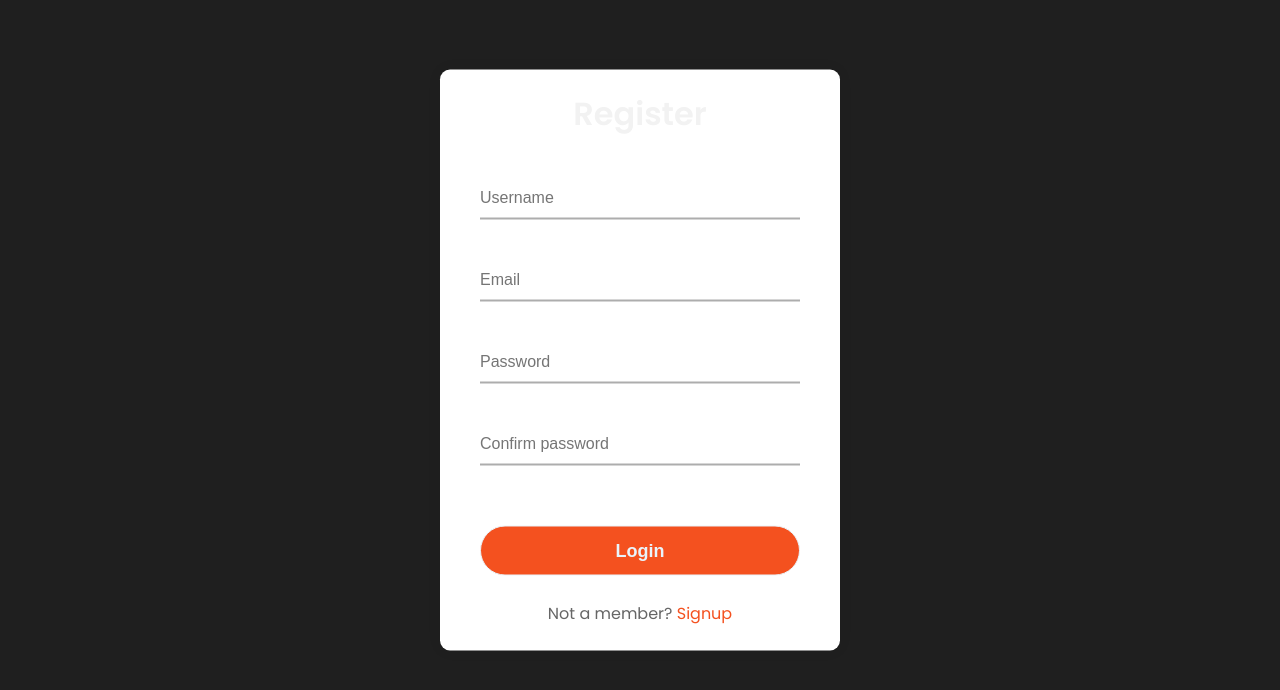
Repository: long5122000/Shopc
Page: register.html
The author's editor kept a copy of each file at every save. The page is drawn from the files as they stood at one save, then again after the next save.
The browser window is 1280 px wide. The pictures show the whole page.
The style sheet was rebuilt from its Sass, Less or Tailwind sources for each picture, by a compiler version that may differ from the author's.

Above is the page before, as saved 2021-11-30 20:49:10.

After the next save:
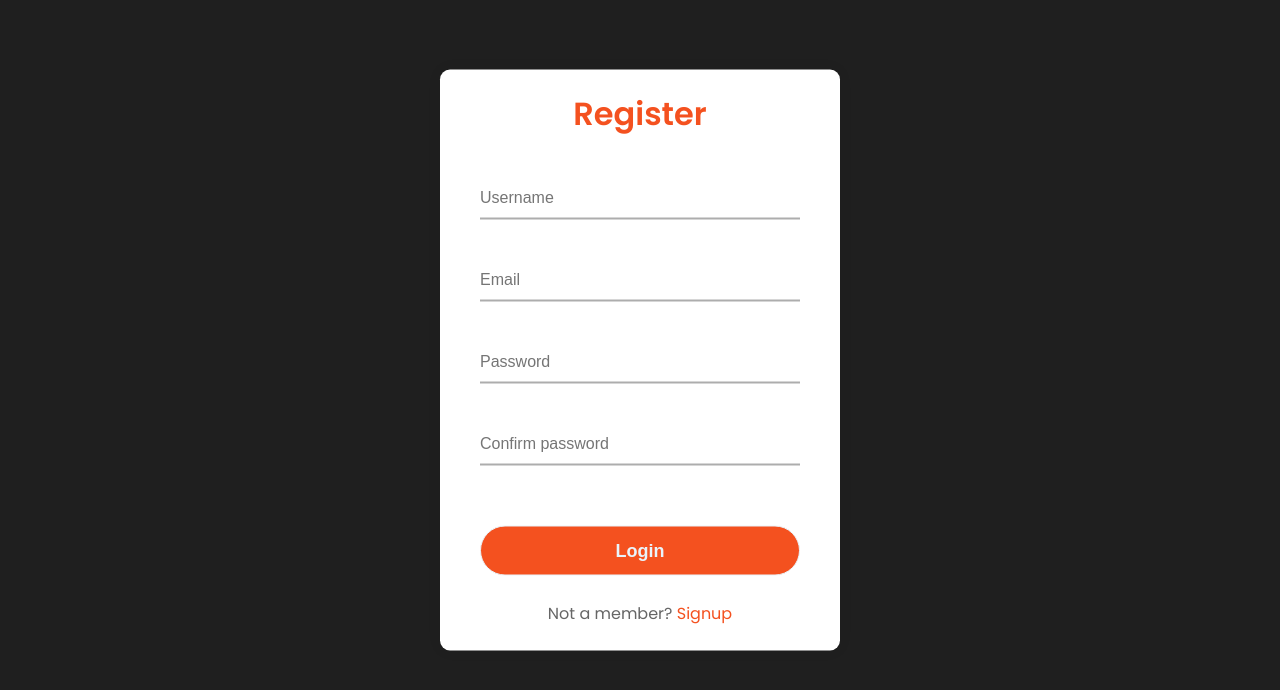
Saved 25 s later.
--- a/sass/_register.scss
+++ b/sass/_register.scss
@@ -12,6 +12,7 @@
 .container h1 {
   text-align: center;
   padding-top: 20px;
+  color: var(--first-color);
 }
 
 .container form {
